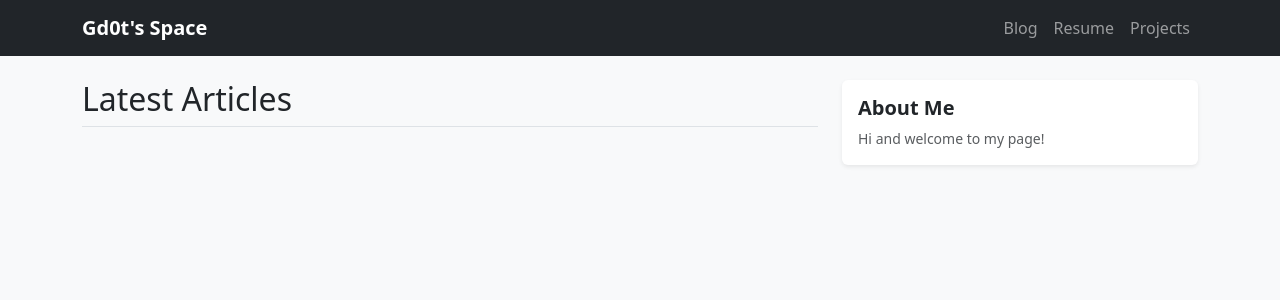
Repository: gd0t/gd0t-blog
Page: http://localhost/index
An editor plug-in stored every save of this project. The page is shown before and after the next save, followed by the edit.
The browser window is 1280 px wide. The pictures show the whole page.
The page is this project's Thymeleaf template; nobody is signed in. The template is opened directly, without the code that normally fills it, so the values that code supplies are empty.

Above is the page before, as saved 2026-06-03 16:18:58.

### gd0t/src/main/resources/templates/index.html
<!DOCTYPE html>
<html xmlns:th="http://www.thymeleaf.org" lang="en">

<head th:replace="~{fragments :: head('Home | My Website')}">
<link rel="stylesheet" href="../static/css/style.css">
</head>

<body class="bg-light">
    <nav th:replace="~{fragments :: navbar}"></nav>

    <div class="container">
        <div class="row">
            <div class="col-lg-8">
                <h2 class="mb-4 pb-2 border-bottom">Latest Articles</h2>

                <div th:each="post : ${posts}" class="card mb-4 shadow-sm border-0">
                    <div class="card-body">
                        <h4 class="card-title fw-bold" th:text="${post.title}">Title</h4>
                        <p class="text-muted small mb-3" th:text="${#temporals.format(post.createdAt, 'MMMM dd, yyyy')}">Date</p>
                        <p class="card-text" th:text="${#strings.abbreviate(post.content, 150)}">Content...</p>
                        <a th:href="@{/post/{id}(id=${post.id})}" class="text-primary text-decoration-none fw-bold">Read More &rarr;</a>
                    </div>
                </div>
            </div>

            <div class="col-lg-4">
                <div class="card mb-4 shadow-sm border-0">
                    <div class="card-body">
                        <h5 class="card-title fw-bold">About Me</h5>
                        <p class="card-text text-muted small">
                        	Hi and welcome to my page!
                        </p>
                    </div>
                </div>
            </div>
        </div>
    </div>

</body>
</html>

### gd0t/src/main/resources/templates/fragments.html
<!DOCTYPE html>
<html xmlns:th="http://www.thymeleaf.org" xmlns:sec="http://www.thymeleaf.org/extras/spring-security" lang="en">

<head th:fragment="head(pageTitle)">
    <meta charset="UTF-8">
    <meta name="viewport" content="width=device-width, initial-scale=1">
    <title th:text="${pageTitle}">DevBlog</title>
    <link href="https://cdn.jsdelivr.net/npm/bootstrap@5.3.2/dist/css/bootstrap.min.css" rel="stylesheet">
</head>

<body>

<nav th:fragment="navbar" class="navbar navbar-expand-lg navbar-dark bg-dark mb-4">
    <div class="container">
        <a class="navbar-brand fw-bold" href="/">Gd0t's Space</a>
        <button class="navbar-toggler" type="button" data-bs-toggle="collapse" data-bs-target="#navbarNav">
            <span class="navbar-toggler-icon"></span>
        </button>
        <div class="collapse navbar-collapse" id="navbarNav">
            <ul class="navbar-nav ms-auto">
                <li class="nav-item"><a class="nav-link" href="/">Blog</a></li>
                <li class="nav-item"><a class="nav-link" href="/resume">Resume</a></li>
                <li class="nav-item"><a class="nav-link" href="/projects">Projects</a></li>

                <li class="nav-item ms-lg-3" sec:authorize="isAuthenticated()">
                    <a class="btn btn-primary btn-sm mt-1" th:href="@{/new}">Write Post</a>
                </li>
                <li class="nav-item ms-lg-2" sec:authorize="isAuthenticated()">
                    <form th:action="@{/logout}" method="post" class="d-inline">
                        <button type="submit" class="btn btn-outline-light btn-sm mt-1">Logout</button>
                    </form>
                </li>
            </ul>
        </div>
    </div>
</nav>

<div th:fragment="scripts">
    <script src="https://cdn.jsdelivr.net/npm/bootstrap@5.3.2/dist/js/bootstrap.bundle.min.js"></script>
</div>
</body>
</html>

After the next save:
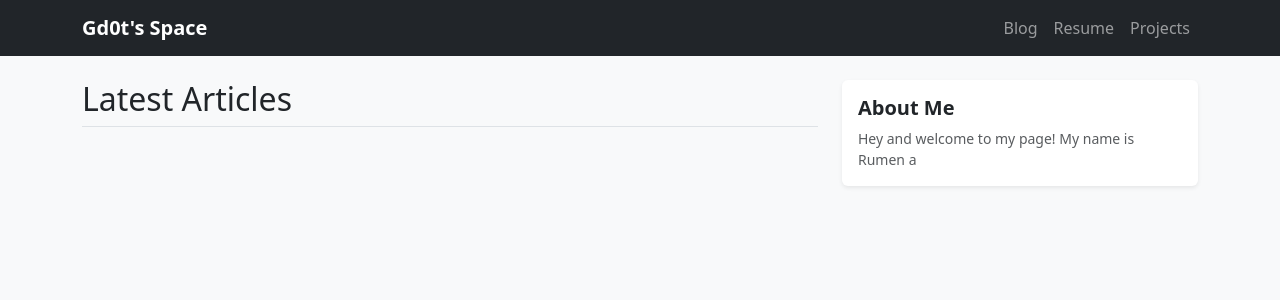
Saved 14 s later.
--- a/gd0t/src/main/resources/templates/index.html
+++ b/gd0t/src/main/resources/templates/index.html
@@ -28,7 +28,7 @@
                     <div class="card-body">
                         <h5 class="card-title fw-bold">About Me</h5>
                         <p class="card-text text-muted small">
-                        	Hi and welcome to my page!
+                        	Hey and welcome to my page! My name is Rumen a
                         </p>
                     </div>
                 </div>
